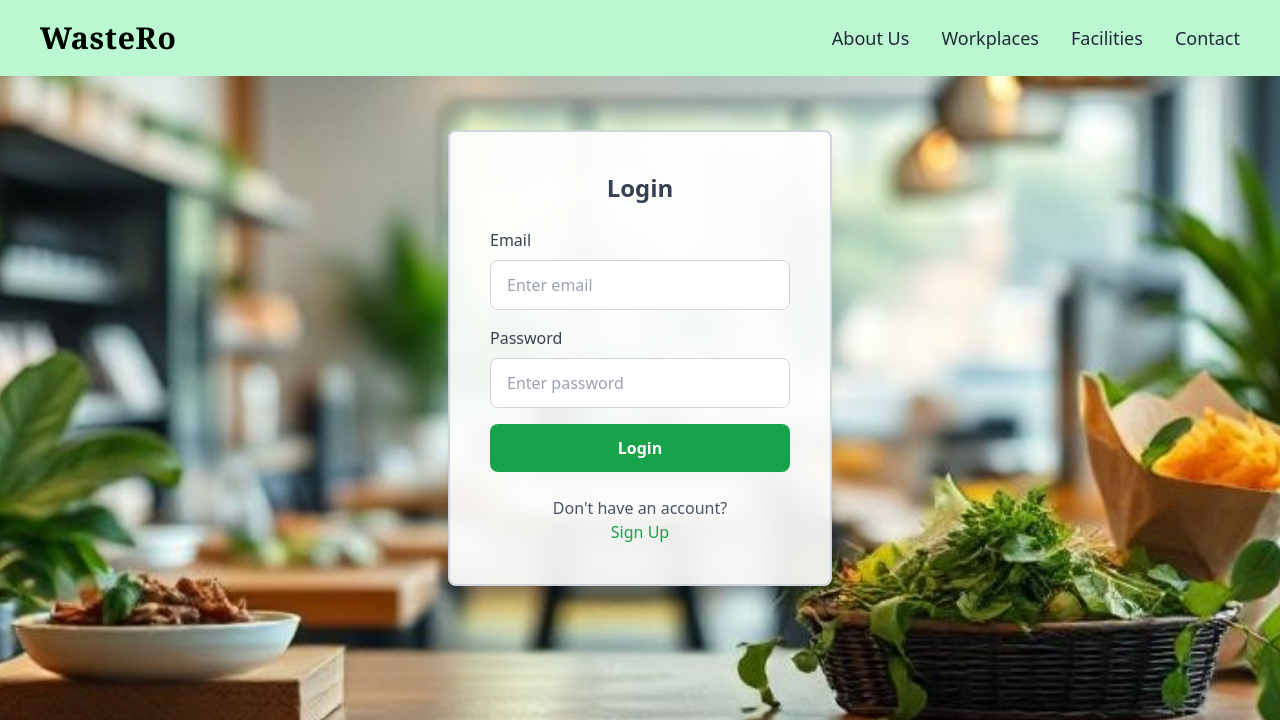
Repository: mahekagrawal25/restaurant-waste-management
Page: frontend/index.html
These files come from the project's save history. The page is drawn as it stood at one moment and after the next save; the edit follows.
The browser window is 1280 px wide. The pictures show the whole page.
Some web libraries are served in a nearby version.

Above is the page before, as saved 2025-04-21 10:47:26.

### frontend/index.html
<!DOCTYPE html>
<html lang="en">
  <head>
    <meta charset="UTF-8" />
    <meta name="viewport" content="width=device-width, initial-scale=1.0" />
    <title>Restaurant Waste Management</title>
    <script src="https://cdn.tailwindcss.com"></script>
  </head>
  <body class="bg-gray-100 h-screen overflow-hidden flex flex-col">

<!-- Navbar -->
<nav class="bg-green-200 px-10 py-5 flex justify-between items-center shadow-md">
  <!-- Title -->
  <div class="text-3xl font-bold flex items-center">
    <span class="bg-clip-text
                 bg-gradient-to-r from-green-700 via-green-500 to-green-300
                 tracking-wide" style="font-family:Cambria, Cochin, Georgia, Times, 'Times New Roman', serif">
      WasteRo
    </span>
  </div>

  <!-- Navigation Links (Aligned to the right) -->
  <div class="flex space-x-8 text-gray-800 font-medium text-lg">
    <a href="#" class="hover:text-green-600 transition">About Us</a>
    <a href="#" class="hover:text-green-600 transition">Workplaces</a>
    <a href="#" class="hover:text-green-600 transition">Facilities</a>
    <a href="#" class="hover:text-green-600 transition">Contact</a>
  </div>
</nav>



    <!-- Login Page -->
    <div id="loginPage"
      class="flex items-center justify-center h-full bg-cover bg-center"
      style="background-image: url('./images/restro6.jpg')"
    >
      <div class="bg-white p-10 rounded-lg shadow-lg w-96 border-2 border-gray-300 backdrop-blur-md bg-opacity-90 relative -top-10 transition hover:shadow-xl">

        <h2 class="text-2xl font-bold text-center text-gray-700 mb-6">Login</h2>

        <form id="loginForm">
          <label class="block mb-2 font-medium text-gray-700">Email</label>
          <input
            type="email"
            id="email"
            class="w-full px-4 py-3 border border-gray-300 rounded-lg focus:outline-none focus:ring-2 focus:ring-green-500 transition mb-4"
            placeholder="Enter email"
            required
          />

          <label class="block mb-2 font-medium text-gray-700">Password</label>
          <input
            type="password"
            id="password"
            class="w-full px-4 py-3 border border-gray-300 rounded-lg focus:outline-none focus:ring-2 focus:ring-green-500 transition mb-4"
            placeholder="Enter password"
            required
          />

          <button
            type="submit"
            class="w-full bg-green-600 text-white py-3 rounded-lg hover:bg-green-700 transition font-semibold"
          >
            Login
          </button>

          <p id="message" class="mt-3 text-center text-sm text-red-500"></p>
        </form>

        <p class="mt-6 text-center text-gray-600">
          Don't have an account? <br />
          <a href="signup.html" class="text-green-600 font-medium hover:underline">Sign Up</a>
        </p>
      </div>
    </div>

    <script src="script.js"></script>
  </body>
</html>

### frontend/script.js
// 🌟 DOMContentLoaded event
document.addEventListener("DOMContentLoaded", () => {
  const token = localStorage.getItem("token");
  const userName = localStorage.getItem("username") || "User";
  const isDashboard = window.location.pathname.includes("dashboard.html");
  const isLogin = window.location.pathname.includes("index.html");
  const userId = localStorage.getItem("id");

  // ✅ Display username dynamically
  const userNameElement = document.getElementById("userName");
  if (userNameElement) userNameElement.textContent = userName;

  // ✅ Redirect logic based on token
  handleRedirection(token, isDashboard, isLogin);

  // ✅ Load dashboard data if logged in
  if (isDashboard && token) {
    loadDashboardData(token);
  }
});

// 🚀 Reusable redirection handler
function handleRedirection(token, isDashboard, isLogin) {
  if (!token && isDashboard) {
    console.log("No token, redirecting to login...");
    window.location.href = "index.html";
  } else if (token && isLogin) {
    console.log("User already logged in, redirecting to dashboard...");
    window.location.href = "restaurant_dashboard.html";
  }
}

// 🔥 Load dashboard data with error handling
async function loadDashboardData(token) {
  const activitiesTableBody = document.getElementById("activitiesTableBody");

  if (!activitiesTableBody) {
    console.error("Error: Couldn't find the activities table");
    return;
  }

  try {
    activitiesTableBody.innerHTML = `
      <tr><td colspan="5" class="loading">Loading activities...</td></tr>
    `;

    const response = await fetch("http://localhost:5000/api/auth/dashboard/activities", {
      method: "GET",
      headers: { Authorization: `Bearer ${token}` }
    });

    if (!response.ok) throw new Error(`HTTP error! status: ${response.status}`);

    const activities = await response.json();
    activitiesTableBody.innerHTML = "";

    if (activities.length === 0) {
      activitiesTableBody.innerHTML = `<tr><td colspan="5">No recent activities found</td></tr>`;
      return;
    }

    activities.forEach(activity => {
      const row = document.createElement("tr");
      const date = new Date(activity.created_at).toLocaleDateString();

      if (activity.type === 'waste') {
        row.innerHTML = `
          <td>🗑️ Waste</td>
          <td>${activity.description}</td>
          <td>${activity.category}</td>
          <td>${activity.quantity} ${activity.category === 'Food' ? 'kg' : 'units'}</td>
          <td>${date}</td>
        `;
      } else if (activity.type === 'donation') {
        row.innerHTML = `
          <td>♻️ Donation</td>
          <td>${activity.description}</td>
          <td>Donor: ${activity.donor_name}</td>
          <td>${activity.quantity} items</td>
          <td>${date}</td>
        `;
      } else if (activity.type === 'collection') {
        row.innerHTML = `
          <td>🚛 Collection</td>
          <td>${activity.description}</td>
          <td>${activity.status}</td>
          <td>-</td>
          <td>${new Date(activity.pickup_date).toLocaleDateString()}</td>
        `;
      }

      activitiesTableBody.appendChild(row);
    });

  } catch (error) {
    console.error("Error loading activities:", error);
    activitiesTableBody.innerHTML = `
      <tr><td colspan="5" class="error">Failed to load activities. Please try again.</td></tr>
    `;
  }
}

// 🌟 Login form submission
document.getElementById("loginForm")?.addEventListener("submit", async (event) => {
  event.preventDefault();

  const email = document.getElementById("email").value.trim();
  const password = document.getElementById("password").value.trim();
  const message = document.getElementById("message");

  try {
    const response = await fetch("http://localhost:5000/api/auth/login", {
      method: "POST",
      headers: { "Content-Type": "application/json" },
      body: JSON.stringify({ email, password })
    });

    const data = await response.json();

    if (response.ok) {
      localStorage.setItem("token", data.token);
      localStorage.setItem("username", data.username);
      localStorage.setItem("role", data.role);
      localStorage.setItem("id", data.id);

      message.textContent = "Login successful! Redirecting...";
      message.classList.remove("text-red-500");
      message.classList.add("text-green-500");

      setTimeout(() => {
        switch (data.role) {
          case "admin":
            window.location.href = "admin_dashboard.html";
            break;
          case "restaurant":
            window.location.href = "restaurant_dashboard.html";
            break;
          case "waste_collector":
            window.location.href = "collector_dashboard.html";
            break;
          case "ngo":
            window.location.href = "ngo_dashboard.html";
            break;
          default:
            alert("Unknown role. Contact support.");
        }
      }, 1500);
    } else {
      message.textContent = data.message || "Invalid credentials.";
      message.classList.remove("text-green-500");
      message.classList.add("text-red-500");
    }
  } catch (error) {
    console.error("Server error:", error);
    message.textContent = "Server error. Please try again later.";
    message.classList.remove("text-green-500");
    message.classList.add("text-red-500");
  }
});

// 🚀 Logout handler
document.getElementById("logoutBtn")?.addEventListener("click", () => {
  localStorage.clear();
  window.location.href = "index.html";
});

// ✅ Signup form submission
document.getElementById("signupForm")?.addEventListener("submit", async (event) => {
  event.preventDefault();

  const username = document.getElementById("username").value.trim();
  const email = document.getElementById("email").value.trim();
  const password = document.getElementById("password").value.trim();
  const role = document.getElementById("role").value;
  const message = document.getElementById("signupMessage");

  if (!username || !email || !password || !role) {
    message.textContent = "All fields are required.";
    message.classList.add("text-red-500");
    return;
  }

  try {
    const response = await fetch("http://localhost:5000/api/auth/signup", {
      method: "POST",
      headers: { "Content-Type": "application/json" },
      body: JSON.stringify({ username, email, password, role })
    });

    const data = await response.json();

    if (response.ok) {
      message.textContent = "Signup successful! Redirecting to login...";
      message.classList.remove("text-red-500");
      message.classList.add("text-green-500");

      setTimeout(() => {
        window.location.href = "index.html";
      }, 1500);
    } else {
      message.textContent = data.message || "Signup failed. Please try again.";
      message.classList.add("text-red-500");
    }
  } catch (error) {
    console.error("Server error:", error);
    message.textContent = "Server error. Please try again later.";
    message.classList.add("text-red-500");
  }
});

// ✅ Waste form submission
document.getElementById('wasteForm')?.addEventListener('submit', async (event) => {
  event.preventDefault();

  const description = document.getElementById('description').value.trim();
  const category = document.getElementById('category').value.trim();
  const quantity = document.getElementById('quantity').value.trim();
  const image = document.getElementById('image').value.trim() || null;
  const user_id = localStorage.getItem('id');
  const token = localStorage.getItem('token');

  if (!token) {
    alert('Please log in first.');
    return;
  }

  const formData = { description, category, quantity, image, user_id };

  try {
    const response = await fetch('http://localhost:5000/api/waste/addWaste', {
      method: 'POST',
      headers: {
        'Content-Type': 'application/json',
        'Authorization': `Bearer ${token}`
      },
      body: JSON.stringify(formData),
    });

    const data = await response.json();

    if (response.ok) {
      alert('✅ Waste added successfully!');
      document.getElementById('wasteForm').reset();
    } else {
      alert(`❌ Error: ${data.message}`);
    }
  } catch (error) {
    console.error('Error submitting waste:', error);
    alert('There was an error submitting the waste.');
  }
});



// ✅ Handle Request Collection Form Submission
document.getElementById("requestCollectionForm")?.addEventListener("submit", async (e) => {
  e.preventDefault();
  const token = localStorage.getItem("token");
  const statusMsg = document.getElementById("statusMsg");

  const waste_entry_id = document.getElementById("waste_entry_id").value;
  const description = document.getElementById("description").value.trim();

  try {
    const res = await fetch("http://localhost:5000/api/request-collection", {
      method: "POST",
      headers: {
        "Content-Type": "application/json",
        Authorization: `Bearer ${token}`,
      },
      body: JSON.stringify({ waste_entry_id, description }),
    });

    const data = await res.json();

    if (res.ok) {
      statusMsg.textContent = data.message;
      statusMsg.className = "status-msg success";
      document.getElementById("requestCollectionForm").reset();
    } else {
      statusMsg.textContent = data.message;
      statusMsg.className = "status-msg error";
    }
  } catch (err) {
    console.error("Error submitting request:", err);
    statusMsg.textContent = "Something went wrong.";
    statusMsg.className = "status-msg error";
  }
});

// ✅ Populate dropdown with user's waste entries
document.addEventListener("DOMContentLoaded", async () => {
  const token = localStorage.getItem("token");
  const dropdown = document.getElementById("waste_entry_id");

  if (!dropdown) return;

  try {
    const res = await fetch("http://localhost:5000/api/waste-entries", {
      headers: {
        Authorization: `Bearer ${token}`,
      },
    });

    const data = await res.json();

    if (Array.isArray(data)) {
      data.forEach((entry) => {
        const option = document.createElement("option");
        option.value = entry.id;
        option.textContent = `${entry.id} - ${entry.description}`;
        dropdown.appendChild(option);
      });
    }
  } catch (err) {
    console.error("Error loading waste entries:", err);
  }
});

After the next save:
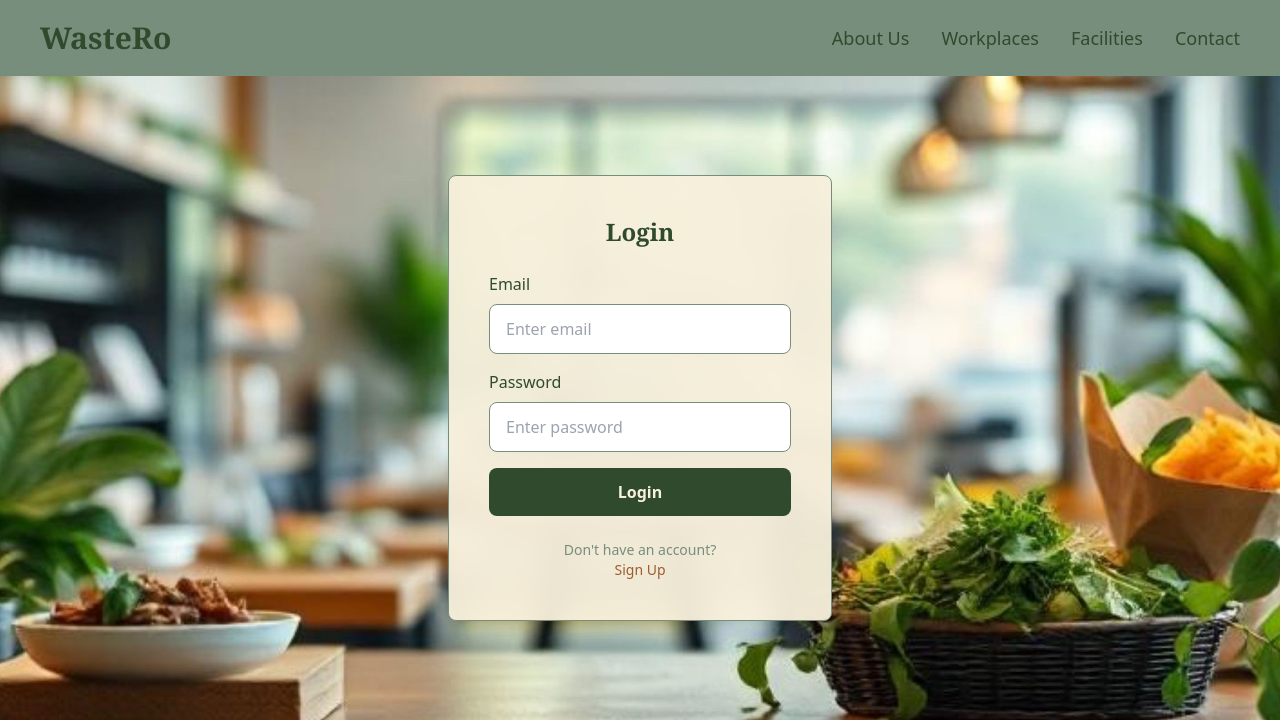
Saved 108 s later.
--- a/frontend/index.html
+++ b/frontend/index.html
@@ -5,62 +5,75 @@
     <meta name="viewport" content="width=device-width, initial-scale=1.0" />
     <title>Restaurant Waste Management</title>
     <script src="https://cdn.tailwindcss.com"></script>
+    <script>
+      tailwind.config = {
+        theme: {
+          extend: {
+            colors: {
+              forest: "#2F4A2C",
+              sage: "#788E7D",
+              cream: "#F7F0DC",
+              terracotta: "#9E5C30",
+              brightorange: "#F5971D"
+            },
+            fontFamily: {
+              cambria: ["Cambria", "Georgia", "serif"],
+            },
+          },
+        },
+      };
+    </script>
   </head>
-  <body class="bg-gray-100 h-screen overflow-hidden flex flex-col">
+  <body class="bg-cream min-h-screen flex flex-col">
 
-<!-- Navbar -->
-<nav class="bg-green-200 px-10 py-5 flex justify-between items-center shadow-md">
-  <!-- Title -->
-  <div class="text-3xl font-bold flex items-center">
-    <span class="bg-clip-text
-                 bg-gradient-to-r from-green-700 via-green-500 to-green-300
-                 tracking-wide" style="font-family:Cambria, Cochin, Georgia, Times, 'Times New Roman', serif">
-      WasteRo
-    </span>
-  </div>
+    <!-- Navbar -->
+    <nav class="bg-sage px-10 py-5 flex justify-between items-center shadow-md">
+      <!-- Title -->
+      <div class="text-3xl font-bold text-forest font-cambria">
+        WasteRo
+      </div>
 
-  <!-- Navigation Links (Aligned to the right) -->
-  <div class="flex space-x-8 text-gray-800 font-medium text-lg">
-    <a href="#" class="hover:text-green-600 transition">About Us</a>
-    <a href="#" class="hover:text-green-600 transition">Workplaces</a>
-    <a href="#" class="hover:text-green-600 transition">Facilities</a>
-    <a href="#" class="hover:text-green-600 transition">Contact</a>
-  </div>
-</nav>
-
-
+      <!-- Navigation Links -->
+      <div class="flex space-x-8 text-forest font-medium text-lg">
+        <a href="#" class="hover:text-terracotta transition">About Us</a>
+        <a href="#" class="hover:text-terracotta transition">Workplaces</a>
+        <a href="#" class="hover:text-terracotta transition">Facilities</a>
+        <a href="#" class="hover:text-terracotta transition">Contact</a>
+      </div>
+    </nav>
 
     <!-- Login Page -->
-    <div id="loginPage"
-      class="flex items-center justify-center h-full bg-cover bg-center"
+    <div
+      id="loginPage"
+      class="flex items-center justify-center flex-grow bg-cover bg-center"
       style="background-image: url('./images/restro6.jpg')"
     >
-      <div class="bg-white p-10 rounded-lg shadow-lg w-96 border-2 border-gray-300 backdrop-blur-md bg-opacity-90 relative -top-10 transition hover:shadow-xl">
+      <div class="bg-cream p-10 rounded-lg shadow-xl w-96 border border-sage backdrop-blur-md bg-opacity-95">
 
-        <h2 class="text-2xl font-bold text-center text-gray-700 mb-6">Login</h2>
+        <h2 class="text-2xl font-bold text-center text-forest mb-6 font-cambria">Login</h2>
 
         <form id="loginForm">
-          <label class="block mb-2 font-medium text-gray-700">Email</label>
+          <label class="block mb-2 font-medium text-forest">Email</label>
           <input
             type="email"
             id="email"
-            class="w-full px-4 py-3 border border-gray-300 rounded-lg focus:outline-none focus:ring-2 focus:ring-green-500 transition mb-4"
+            class="w-full px-4 py-3 border border-sage rounded-lg focus:outline-none focus:ring-2 focus:ring-brightorange mb-4"
             placeholder="Enter email"
             required
           />
 
-          <label class="block mb-2 font-medium text-gray-700">Password</label>
+          <label class="block mb-2 font-medium text-forest">Password</label>
           <input
             type="password"
             id="password"
-            class="w-full px-4 py-3 border border-gray-300 rounded-lg focus:outline-none focus:ring-2 focus:ring-green-500 transition mb-4"
+            class="w-full px-4 py-3 border border-sage rounded-lg focus:outline-none focus:ring-2 focus:ring-brightorange mb-4"
             placeholder="Enter password"
             required
           />
 
           <button
             type="submit"
-            class="w-full bg-green-600 text-white py-3 rounded-lg hover:bg-green-700 transition font-semibold"
+            class="w-full bg-forest text-cream py-3 rounded-lg hover:bg-terracotta transition font-semibold"
           >
             Login
           </button>
@@ -68,9 +81,9 @@
           <p id="message" class="mt-3 text-center text-sm text-red-500"></p>
         </form>
 
-        <p class="mt-6 text-center text-gray-600">
+        <p class="mt-6 text-center text-sage text-sm">
           Don't have an account? <br />
-          <a href="signup.html" class="text-green-600 font-medium hover:underline">Sign Up</a>
+          <a href="signup.html" class="text-terracotta font-medium hover:underline">Sign Up</a>
         </p>
       </div>
     </div>
